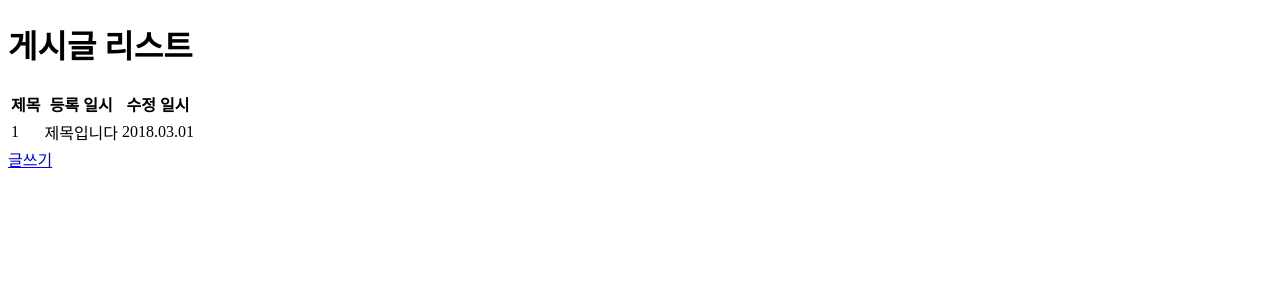
Repository: sandartchip/Board_v01
Page: Board_v01/firstjsp/WebContent/Copy of index.html
The author's editor kept a copy of each file at every save. The page is drawn from the files as they stood at one save, then again after the next save.
The browser window is 1280 px wide. The pictures show the whole page.

Above is the page before, as saved 2019-03-18 03:44:05.

### Board_v01/firstjsp/WebContent/Copy of index.html
<!DOCTYPE html>
<html>
<head>
<meta charset="UTF-8">
<title>게 시 판 입 니 다</title>
</head>
<body>
	<h1>게시글 리스트</h1>
	<table>
		<tr>
			<th>제목</th>
			<th>등록 일시</th>
			<th>수정 일시</th>
		</tr>
		<tr>
			<td>1</td>
			<td>제목입니다</td>
			<td>2018.03.01</td>
		</tr>
	</table>
	<a href="write.html">글쓰기</a>
</body>
</html>

After the next save:
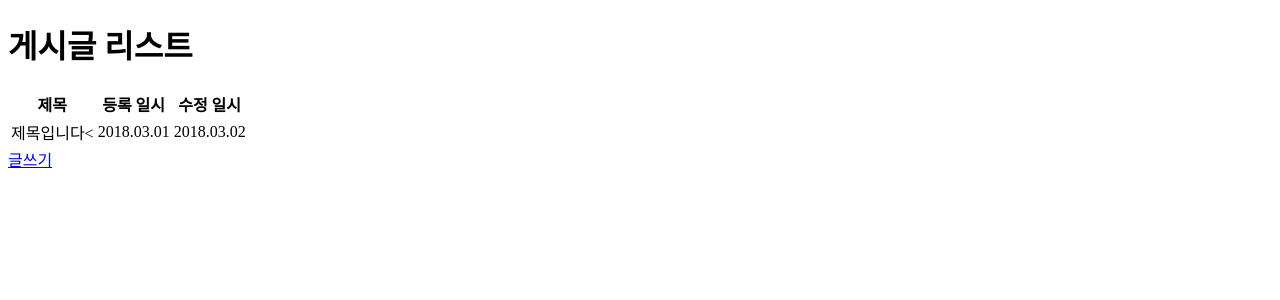
Saved 3 min 52 s later.
--- a/Board_v01/firstjsp/WebContent/Copy of index.html
+++ b/Board_v01/firstjsp/WebContent/Copy of index.html
@@ -13,9 +13,9 @@
 			<th>수정 일시</th>
 		</tr>
 		<tr>
-			<td>1</td>
-			<td>제목입니다</td>
+			<td>제목입니다<</td>
 			<td>2018.03.01</td>
+			<td>2018.03.02</td>
 		</tr>
 	</table>
 	<a href="write.html">글쓰기</a>
